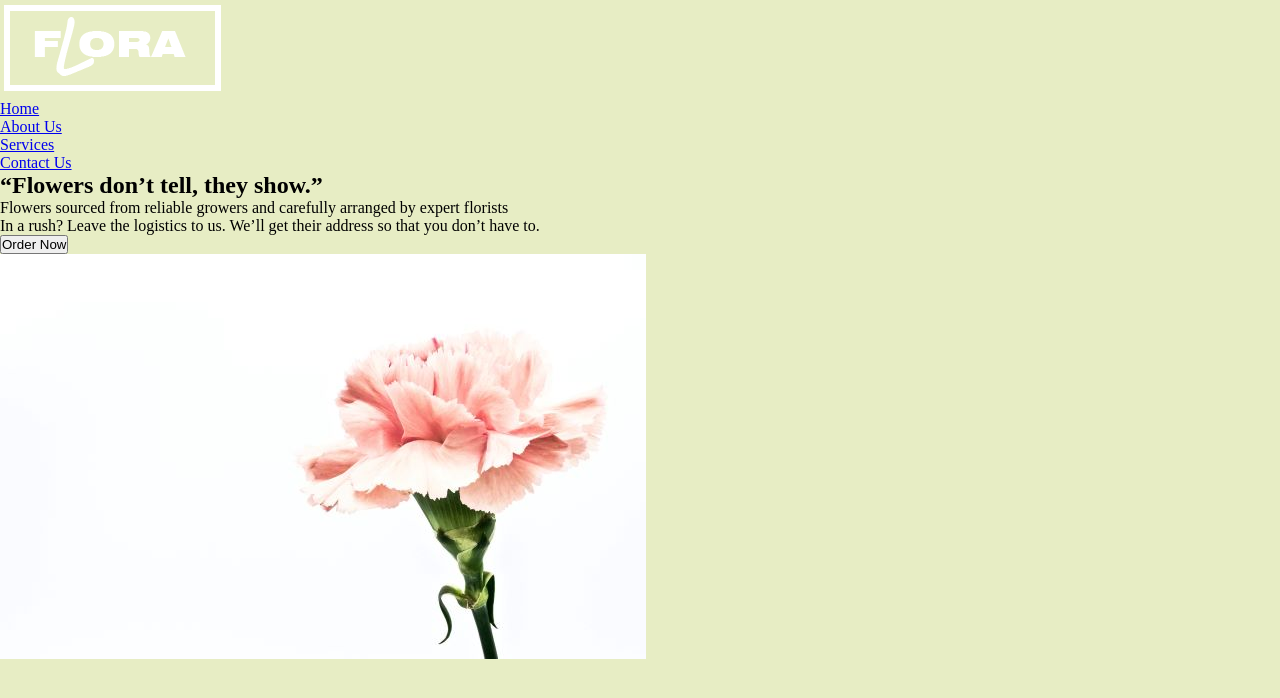
Repository: SaadYasin/test003-flex-box
Page: index.html
The author's editor kept a copy of each file at every save. The page is drawn from the files as they stood at one save, then again after the next save.
The browser window is 1280 px wide. The pictures show the whole page.

Above is the page before, as saved 2022-10-30 14:53:11.

### index.html
<!DOCTYPE html>
<html lang="en">
<head>
  <meta charset="UTF-8">
  <meta http-equiv="X-UA-Compatible" content="IE=edge">
  <meta name="viewport" content="width=device-width, initial-scale=1.0">
  <title>Business Assistant</title>

  <link rel="stylesheet" href="style.css">
</head>
<body>
  <header>
    <div class="header-container">
      <!-- <h1 class="logo">Flora</h1> -->
      <img src="./images/flora-icon.png" alt="">
      <nav>
        <ul>
          <li><a href="#">Home</a></li>
          <li><a href="#">About Us</a></li>
          <li><a href="#">Services</a></li>
          <li><a href="#">Contact Us</a></li>
        </ul>
      </nav>
    </div>
  </header>
  <section class="hero-section">
    <div class="hero-text">
      <h1 class="hero-title">“Flowers don’t tell, they show.”</h1>
      <p class="hero-paragraph">Flowers sourced from reliable growers and carefully arranged by expert florists</p>
      <p class="hero-paragraph">In a rush? Leave the logistics to us. We’ll get their address so that you don’t have to.</p>
      <button type="button" class="coa-btn">Order Now</button>
    </div>
    <div><img src="./images/alesia_flower-small.jpg" alt="" class="hero-img"></div>
  </section>
</body>
</html>

### style.css
* {
  padding: 0;
  margin: 0;
  box-sizing: border-box;
}

body {
  background: rgb(231, 237, 196);
}

After the next save:
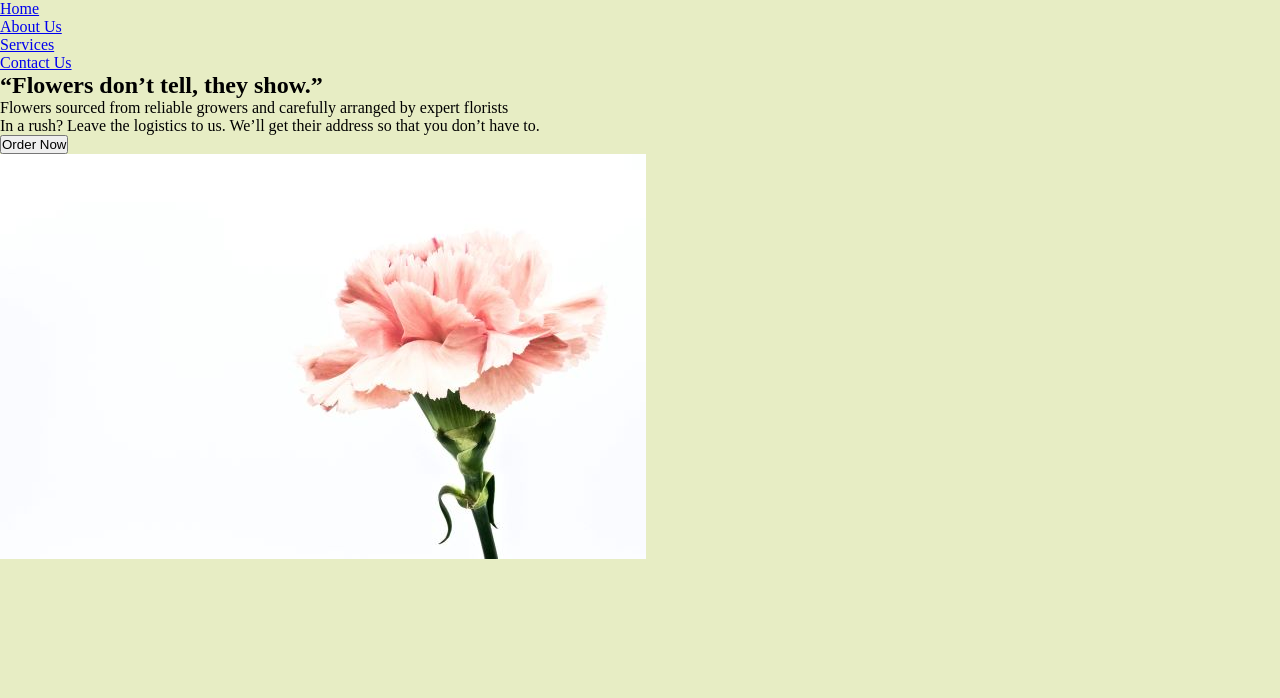
Saved 3 min 40 s later.
--- a/index.html
+++ b/index.html
@@ -12,7 +12,7 @@
   <header>
     <div class="header-container">
       <!-- <h1 class="logo">Flora</h1> -->
-      <img src="./images/flora-icon.png" alt="">
+      <!-- <img src="./images/flora-icon.png" alt=""> -->
       <nav>
         <ul>
           <li><a href="#">Home</a></li>
